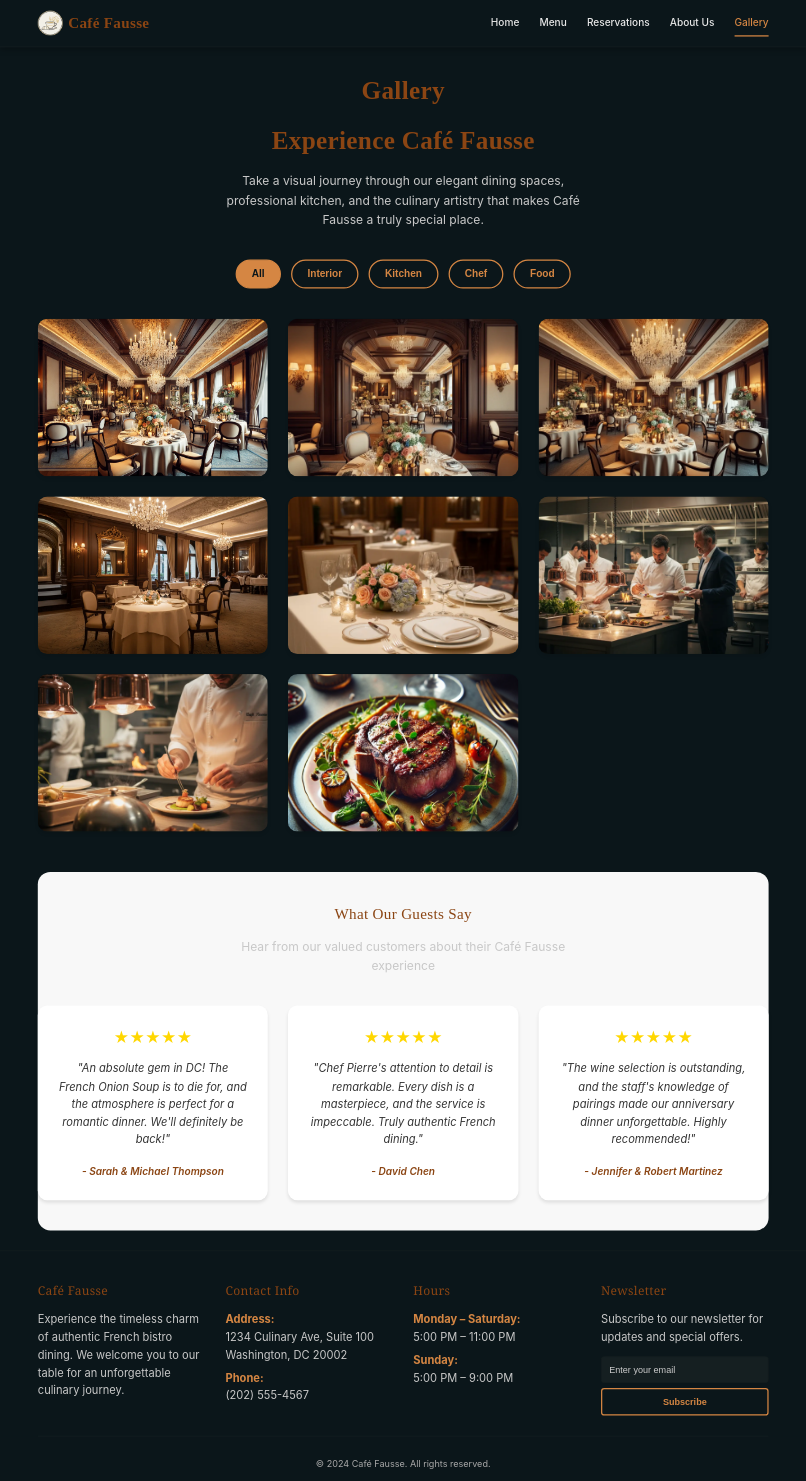
Repository: MatVanDenArt/MSSE-Cafe-Fausse
Page: /gallery (app in frontend/)
The author's editor kept a copy of each file at every save. The page is drawn from the files as they stood at one save, then again after the next save.
The browser window is 1280 px wide. The pictures show the whole page, at 63% of full size.
The project was rebuilt for these pictures with package versions that can differ from the ones it lists, and the page was loaded fresh each time. Also part of the build but not shown: frontend/src/pages/Home.css, frontend/src/pages/Home.js, frontend/src/pages/Menu.css, frontend/src/pages/Menu.js, frontend/src/pages/Reservations.css, frontend/src/pages/Reservations.js, frontend/src/pages/About.css, frontend/src/pages/About.js.

Above is the page before, as saved 2025-10-26 15:31:23.

### frontend/src/App.js
import React from "react";
import { BrowserRouter as Router, Routes, Route } from "react-router-dom";
import "./App.css";

// Import components
import Header from "./components/Header";
import Footer from "./components/Footer";
import Home from "./pages/Home";
import Menu from "./pages/Menu";
import Reservations from "./pages/Reservations";
import About from "./pages/About";
import Gallery from "./pages/Gallery";

function App() {
  return (
    <Router>
      <div className="App">
        <Header />
        <main className="main-content">
          <Routes>
            <Route path="/" element={<Home />} />
            <Route path="/menu" element={<Menu />} />
            <Route path="/reservations" element={<Reservations />} />
            <Route path="/about" element={<About />} />
            <Route path="/gallery" element={<Gallery />} />
          </Routes>
        </main>
        <Footer />
      </div>
    </Router>
  );
}

export default App;

### frontend/src/App.css
/* Global Styles */
* {
  margin: 0;
  padding: 0;
  box-sizing: border-box;
}

@import url("https://fonts.googleapis.com/css2?family=Dancing+Script:wght@400;500;600;700&family=Cormorant+Garamond:ital,wght@0,300;0,400;0,500;0,600;0,700;1,300;1,400;1,500;1,600&family=Inter:wght@300;400;500;600&family=Source+Sans+Pro:ital,wght@0,300;0,400;0,600;1,300;1,400&display=swap");

body {
  font-family: "Inter", "Source Sans Pro", "Helvetica Neue", "Arial", sans-serif;
  line-height: 1.6;
  color: #e8e8e8;
  background-color: #0b161a;
  font-weight: 400;
}

.App {
  min-height: 100vh;
  display: flex;
  flex-direction: column;
}

.main-content {
  flex: 1;
  padding-top: 80px; /* Account for fixed header */
}

/* Typography */
h1,
h2,
h3,
h4,
h5,
h6 {
  font-family: "Cormorant Garamond", "EB Garamond", "Georgia", "Times New Roman",
    serif;
  font-weight: 500;
  margin-bottom: 1rem;
  letter-spacing: 0.5px;
}

h1 {
  font-size: 2.5rem;
  color: #8b4513;
  font-family: "Dancing Script", "Cormorant Garamond", serif;
  font-weight: 600;
}

h2 {
  font-size: 2rem;
  color: #8b4513;
  font-family: "Dancing Script", "Cormorant Garamond", serif;
  font-weight: 600;
}

h3 {
  font-size: 1.5rem;
  color: #8b4513;
  font-family: "Dancing Script", "Cormorant Garamond", serif;
  font-weight: 500;
}

p {
  margin-bottom: 1rem;
  font-size: 1.1rem;
  font-family: "Inter", "Source Sans Pro", "Helvetica Neue", "Arial", sans-serif;
}

/* Container */
.container {
  max-width: 1200px;
  margin: 0 auto;
  padding: 0 20px;
}

/* Grid System */
.grid {
  display: grid;
  gap: 2rem;
}

.grid-2 {
  grid-template-columns: repeat(auto-fit, minmax(300px, 1fr));
}

.grid-3 {
  grid-template-columns: repeat(auto-fit, minmax(250px, 1fr));
}

.grid-4 {
  grid-template-columns: repeat(auto-fit, minmax(200px, 1fr));
}

/* Flexbox Utilities */
.flex {
  display: flex;
}

.flex-center {
  display: flex;
  justify-content: center;
  align-items: center;
}

.flex-between {
  display: flex;
  justify-content: space-between;
  align-items: center;
}

.flex-column {
  display: flex;
  flex-direction: column;
}

/* Buttons */
.btn {
  display: inline-block;
  padding: 12px 24px;
  background-color: #d58643;
  color: #0b161a;
  text-decoration: none;
  border: none;
  border-radius: 5px;
  font-size: 1rem;
  font-weight: 600;
  cursor: pointer;
  transition: all 0.3s ease;
  text-align: center;
}

.btn:hover {
  background-color: #c0763a;
  transform: translateY(-2px);
  box-shadow: 0 4px 12px rgba(213, 134, 67, 0.4);
}

.btn-secondary {
  background-color: transparent;
  color: #d58643;
  border: 2px solid #d58643;
}

.btn-secondary:hover {
  background-color: #d58643;
  color: #0b161a;
}

.btn-large {
  padding: 16px 32px;
  font-size: 1.1rem;
}

/* Forms */
.form-group {
  margin-bottom: 1.5rem;
}

.form-label {
  display: block;
  margin-bottom: 0.5rem;
  font-weight: 600;
  color: #d58643;
}

.form-input,
.form-select,
.form-textarea {
  width: 100%;
  padding: 12px;
  border: 2px solid #151f21;
  border-radius: 5px;
  font-size: 1rem;
  transition: border-color 0.3s ease;
  background-color: #151f21;
  color: #e8e8e8;
}

.form-input:focus,
.form-select:focus,
.form-textarea:focus {
  outline: none;
  border-color: #d58643;
  box-shadow: 0 0 0 3px rgba(213, 134, 67, 0.1);
}

.form-textarea {
  resize: vertical;
  min-height: 100px;
}

/* Cards */
.card {
  background: #151f21;
  border-radius: 10px;
  box-shadow: 0 4px 6px rgba(0, 0, 0, 0.3);
  overflow: hidden;
  transition: transform 0.3s ease;
  border: 1px solid #1f2a2d;
}

.card:hover {
  transform: translateY(-5px);
}

.card-body {
  padding: 1.5rem;
}

.card-title {
  font-size: 1.25rem;
  margin-bottom: 0.5rem;
  color: #8b4513;
  font-family: "Dancing Script", "Cormorant Garamond", serif;
  font-weight: 500;
}

.card-text {
  color: #c8c8c8;
  margin-bottom: 1rem;
}

/* Images */
.img-responsive {
  width: 100%;
  height: auto;
  display: block;
}

.img-rounded {
  border-radius: 10px;
}

/* Sections */
.section {
  padding: 4rem 0;
}

.section-dark {
  background-color: #0b161a;
  color: white;
}

.section-light {
  background-color: #151f21;
}

.section-title {
  text-align: center;
  margin-bottom: 3rem;
}

.section-title h2 {
  font-size: 2.5rem;
  margin-bottom: 1rem;
}

.section-title p {
  font-size: 1.2rem;
  color: #c8c8c8;
  max-width: 600px;
  margin: 0 auto;
}

/* Hero Section - Moved to Home.css */

.hero-content h1 {
  font-size: 3.5rem;
  margin-bottom: 1rem;
  color: white;
}

.hero-content p {
  font-size: 1.3rem;
  margin-bottom: 2rem;
  max-width: 600px;
}

.hero-buttons {
  display: flex;
  gap: 1rem;
  justify-content: center;
  flex-wrap: wrap;
}

/* Navigation */
.nav {
  background-color: white;
  box-shadow: 0 2px 10px rgba(0, 0, 0, 0.1);
  position: fixed;
  top: 0;
  left: 0;
  right: 0;
  z-index: 1000;
}

.nav-container {
  display: flex;
  justify-content: space-between;
  align-items: center;
  padding: 1rem 0;
}

.nav-logo {
  font-size: 1.5rem;
  font-weight: bold;
  color: #8b4513;
  text-decoration: none;
}

.nav-menu {
  display: flex;
  list-style: none;
  gap: 2rem;
}

.nav-link {
  color: #333;
  text-decoration: none;
  font-weight: 500;
  transition: color 0.3s ease;
}

.nav-link:hover {
  color: #8b4513;
}

/* Footer */
.footer {
  background-color: #333;
  color: white;
  padding: 3rem 0 1rem;
}

.footer-content {
  display: grid;
  grid-template-columns: repeat(auto-fit, minmax(250px, 1fr));
  gap: 2rem;
  margin-bottom: 2rem;
}

.footer-section h3 {
  color: #8b4513;
  margin-bottom: 1rem;
}

.footer-bottom {
  text-align: center;
  padding-top: 2rem;
  border-top: 1px solid #555;
  color: #ccc;
}

/* Responsive Design */
@media (max-width: 768px) {
  .container {
    padding: 0 15px;
  }

  .hero-content h1 {
    font-size: 2.5rem;
  }

  .hero-content p {
    font-size: 1.1rem;
  }

  .hero-buttons {
    flex-direction: column;
    align-items: center;
  }

  .nav-menu {
    flex-direction: column;
    gap: 1rem;
  }

  .grid-2,
  .grid-3,
  .grid-4 {
    grid-template-columns: 1fr;
  }

  h1 {
    font-size: 2rem;
  }

  h2 {
    font-size: 1.5rem;
  }
}

@media (max-width: 480px) {
  .hero-content h1 {
    font-size: 2rem;
  }

  .section {
    padding: 2rem 0;
  }

  .btn {
    padding: 10px 20px;
    font-size: 0.9rem;
  }
}

/* Utility Classes */
.text-center {
  text-align: center;
}

.text-left {
  text-align: left;
}

.text-right {
  text-align: right;
}

.mb-1 {
  margin-bottom: 0.5rem;
}
.mb-2 {
  margin-bottom: 1rem;
}
.mb-3 {
  margin-bottom: 1.5rem;
}
.mb-4 {
  margin-bottom: 2rem;
}

.mt-1 {
  margin-top: 0.5rem;
}
.mt-2 {
  margin-top: 1rem;
}
.mt-3 {
  margin-top: 1.5rem;
}
.mt-4 {
  margin-top: 2rem;
}

.p-1 {
  padding: 0.5rem;
}
.p-2 {
  padding: 1rem;
}
.p-3 {
  padding: 1.5rem;
}
.p-4 {
  padding: 2rem;
}

.hidden {
  display: none;
}

.visible {
  display: block;
}

### frontend/src/components/Header.js
import React, { useState } from "react";
import { Link, useLocation } from "react-router-dom";
import "./Header.css";

const Header = () => {
  const [isMenuOpen, setIsMenuOpen] = useState(false);
  const location = useLocation();

  const toggleMenu = () => {
    setIsMenuOpen(!isMenuOpen);
  };

  const closeMenu = () => {
    setIsMenuOpen(false);
  };

  const isActive = (path) => {
    return location.pathname === path ? "active" : "";
  };

  return (
    <nav className="nav">
      <div className="container">
        <div className="nav-container">
          <Link to="/" className="nav-logo" onClick={closeMenu}>
            <img
              src="/images/Logo - Cafe Fausse.png"
              alt="Café Fausse Logo"
              className="nav-logo-img"
            />
            <span className="nav-logo-text">Café Fausse</span>
          </Link>

          <div className={`nav-menu ${isMenuOpen ? "nav-menu-open" : ""}`}>
            <Link
              to="/"
              className={`nav-link ${isActive("/")}`}
              onClick={closeMenu}
            >
              Home
            </Link>
            <Link
              to="/menu"
              className={`nav-link ${isActive("/menu")}`}
              onClick={closeMenu}
            >
              Menu
            </Link>
            <Link
              to="/reservations"
              className={`nav-link ${isActive("/reservations")}`}
              onClick={closeMenu}
            >
              Reservations
            </Link>
            <Link
              to="/about"
              className={`nav-link ${isActive("/about")}`}
              onClick={closeMenu}
            >
              About Us
            </Link>
            <Link
              to="/gallery"
              className={`nav-link ${isActive("/gallery")}`}
              onClick={closeMenu}
            >
              Gallery
            </Link>
          </div>

          <button
            className="nav-toggle"
            onClick={toggleMenu}
            aria-label="Toggle navigation menu"
          >
            <span className="nav-toggle-line"></span>
            <span className="nav-toggle-line"></span>
            <span className="nav-toggle-line"></span>
          </button>
        </div>
      </div>
    </nav>
  );
};

export default Header;

### frontend/src/components/Footer.js
import React, { useState } from "react";
import "./Footer.css";

const Footer = () => {
  const [email, setEmail] = useState("");
  const [isSubscribed, setIsSubscribed] = useState(false);
  const [isLoading, setIsLoading] = useState(false);

  const handleNewsletterSubmit = async (e) => {
    e.preventDefault();
    if (!email) return;

    setIsLoading(true);
    try {
      const response = await fetch("http://localhost:5000/api/newsletter", {
        method: "POST",
        headers: {
          "Content-Type": "application/json",
        },
        body: JSON.stringify({ email }),
      });

      if (response.ok) {
        setIsSubscribed(true);
        setEmail("");
      } else {
        const error = await response.json();
        console.error("Newsletter signup error:", error);
      }
    } catch (error) {
      console.error("Newsletter signup error:", error);
    } finally {
      setIsLoading(false);
    }
  };

  return (
    <footer className="footer">
      <div className="container">
        <div className="footer-content">
          <div className="footer-section">
            <h3>Café Fausse</h3>
            <p>
              Experience the timeless charm of authentic French bistro dining.
              We welcome you to our table for an unforgettable culinary journey.
            </p>
          </div>

          <div className="footer-section">
            <h3>Contact Info</h3>
            <p>
              <strong>Address:</strong><br />
              1234 Culinary Ave, Suite 100<br />
              Washington, DC 20002
            </p>
            <p>
              <strong>Phone:</strong><br />
              (202) 555-4567
            </p>
          </div>

          <div className="footer-section">
            <h3>Hours</h3>
            <p>
              <strong>Monday – Saturday:</strong><br />
              5:00 PM – 11:00 PM
            </p>
            <p>
              <strong>Sunday:</strong><br />
              5:00 PM – 9:00 PM
            </p>
          </div>

          <div className="footer-section">
            <h3>Newsletter</h3>
            <p>Subscribe to our newsletter for updates and special offers.</p>
            {isSubscribed ? (
              <div className="newsletter-success">
                <p>Thank you for subscribing!</p>
              </div>
            ) : (
              <form onSubmit={handleNewsletterSubmit} className="newsletter-form">
                <input
                  type="email"
                  placeholder="Enter your email"
                  value={email}
                  onChange={(e) => setEmail(e.target.value)}
                  required
                  className="newsletter-input"
                />
                <button
                  type="submit"
                  disabled={isLoading}
                  className="btn btn-secondary newsletter-btn"
                >
                  {isLoading ? "Subscribing..." : "Subscribe"}
                </button>
              </form>
            )}
          </div>
        </div>

        <div className="footer-bottom">
          <p>&copy; 2024 Café Fausse. All rights reserved.</p>
        </div>
      </div>
    </footer>
  );
};

export default Footer;

### frontend/src/components/Header.css
.nav {
  background-color: #0b161a;
  box-shadow: 0 2px 10px rgba(0, 0, 0, 0.3);
  position: fixed;
  top: 0;
  left: 0;
  right: 0;
  z-index: 1000;
  border-bottom: 1px solid #151f21;
}

.nav-container {
  display: flex;
  justify-content: space-between;
  align-items: center;
  padding: 1rem 0;
}

.nav-logo {
  display: flex;
  align-items: center;
  gap: 0.5rem;
  text-decoration: none;
  font-family: "Cormorant Garamond", "EB Garamond", "Georgia", "Times New Roman",
    serif;
  font-weight: 500;
  letter-spacing: 0.5px;
}

.nav-logo-img {
  height: 40px;
  width: auto;
}

.nav-logo-text {
  font-size: 1.5rem;
  font-weight: bold;
  color: #8b4513;
  font-family: "Dancing Script", "Cormorant Garamond", serif;
}

.nav-logo:hover .nav-logo-text {
  color: #d58643;
}

.nav-menu {
  display: flex;
  list-style: none;
  gap: 2rem;
  margin: 0;
  padding: 0;
}

.nav-link {
  color: #e8e8e8;
  text-decoration: none;
  font-weight: 500;
  transition: color 0.3s ease;
  padding: 0.5rem 0;
  position: relative;
}

.nav-link:hover,
.nav-link.active {
  color: #d58643;
}

.nav-link.active::after {
  content: "";
  position: absolute;
  bottom: 0;
  left: 0;
  right: 0;
  height: 2px;
  background-color: #d58643;
}

.nav-toggle {
  display: none;
  flex-direction: column;
  background: none;
  border: none;
  cursor: pointer;
  padding: 0.5rem;
}

.nav-toggle-line {
  width: 25px;
  height: 3px;
  background-color: #d58643;
  margin: 3px 0;
  transition: 0.3s;
}

/* Mobile Navigation */
@media (max-width: 768px) {
  .nav-toggle {
    display: flex;
  }

  .nav-menu {
    position: fixed;
    top: 100%;
    left: 0;
    right: 0;
    background-color: white;
    flex-direction: column;
    padding: 2rem;
    box-shadow: 0 2px 10px rgba(0, 0, 0, 0.1);
    transform: translateY(-100%);
    opacity: 0;
    visibility: hidden;
    transition: all 0.3s ease;
  }

  .nav-menu-open {
    transform: translateY(0);
    opacity: 1;
    visibility: visible;
  }

  .nav-link {
    padding: 1rem 0;
    border-bottom: 1px solid #eee;
    text-align: center;
  }

  .nav-link:last-child {
    border-bottom: none;
  }

  .nav-toggle-line:nth-child(1) {
    transform: rotate(45deg) translate(5px, 5px);
  }

  .nav-toggle-line:nth-child(2) {
    opacity: 0;
  }

  .nav-toggle-line:nth-child(3) {
    transform: rotate(-45deg) translate(7px, -6px);
  }
}

### frontend/src/components/Footer.css
.footer {
  background-color: #0b161a;
  color: #e8e8e8;
  padding: 3rem 0 1rem;
  margin-top: auto;
  border-top: 1px solid #151f21;
}

.footer-content {
  display: grid;
  grid-template-columns: repeat(auto-fit, minmax(250px, 1fr));
  gap: 2rem;
  margin-bottom: 2rem;
}

.footer-section h3 {
  color: #8b4513;
  margin-bottom: 1rem;
  font-size: 1.2rem;
  font-family: "Dancing Script", "Cormorant Garamond", "EB Garamond", "Georgia", "Times New Roman",
    serif;
  font-weight: 500;
  letter-spacing: 0.5px;
}

.footer-section p {
  margin-bottom: 0.5rem;
  line-height: 1.6;
  color: #c8c8c8;
}

.footer-section strong {
  color: #d58643;
}

.newsletter-form {
  display: flex;
  flex-direction: column;
  gap: 0.5rem;
  margin-top: 1rem;
}

.newsletter-input {
  padding: 0.75rem;
  border: 1px solid #151f21;
  border-radius: 5px;
  background-color: #151f21;
  color: #e8e8e8;
  font-size: 0.9rem;
}

.newsletter-input::placeholder {
  color: #ccc;
}

.newsletter-input:focus {
  outline: none;
  border-color: #d58643;
}

.newsletter-btn {
  padding: 0.75rem;
  font-size: 0.9rem;
  border: 2px solid #d58643;
  background-color: transparent;
  color: #d58643;
}

.newsletter-btn:hover {
  background-color: #d58643;
  color: #0b161a;
}

.newsletter-btn:disabled {
  opacity: 0.6;
  cursor: not-allowed;
}

.newsletter-success {
  background-color: #4caf50;
  padding: 1rem;
  border-radius: 5px;
  text-align: center;
  margin-top: 1rem;
}

.newsletter-success p {
  margin: 0;
  color: white;
  font-weight: 600;
}

.footer-bottom {
  text-align: center;
  padding-top: 2rem;
  border-top: 1px solid #151f21;
  color: #a8a8a8;
}

.footer-bottom p {
  margin: 0;
  font-size: 0.9rem;
}

@media (max-width: 768px) {
  .footer {
    padding: 2rem 0 1rem;
  }

  .footer-content {
    grid-template-columns: 1fr;
    gap: 1.5rem;
  }

  .newsletter-form {
    flex-direction: column;
  }
}

### frontend/src/pages/Gallery.css
.gallery {
  padding: 2rem 0;
}

.gallery-filters {
  display: flex;
  justify-content: center;
  gap: 1rem;
  margin-bottom: 3rem;
  flex-wrap: wrap;
}

.filter-btn {
  padding: 0.75rem 1.5rem;
  border: 2px solid #d58643;
  background-color: transparent;
  color: #d58643;
  border-radius: 25px;
  cursor: pointer;
  font-weight: 600;
  transition: all 0.3s ease;
  font-size: 1rem;
}

.filter-btn:hover,
.filter-btn.active {
  background-color: #d58643;
  color: #0b161a;
}

.gallery-grid {
  display: grid;
  grid-template-columns: repeat(auto-fit, minmax(300px, 1fr));
  gap: 2rem;
  margin-bottom: 4rem;
}

.gallery-item {
  position: relative;
  border-radius: 15px;
  overflow: hidden;
  cursor: pointer;
  transition: transform 0.3s ease;
  box-shadow: 0 4px 6px rgba(0, 0, 0, 0.1);
}

.gallery-item:hover {
  transform: translateY(-5px);
}

.gallery-image {
  width: 100%;
  height: 250px;
  object-fit: cover;
  display: block;
  transition: transform 0.3s ease;
}

.gallery-item:hover .gallery-image {
  transform: scale(1.05);
}

.gallery-overlay {
  position: absolute;
  bottom: 0;
  left: 0;
  right: 0;
  background: linear-gradient(transparent, rgba(0, 0, 0, 0.8));
  color: white;
  padding: 2rem 1.5rem 1.5rem;
  transform: translateY(100%);
  transition: transform 0.3s ease;
}

.gallery-item:hover .gallery-overlay {
  transform: translateY(0);
}

.gallery-overlay h3 {
  margin: 0 0 0.5rem 0;
  font-size: 1.2rem;
  color: white;
  font-family: "Dancing Script", "Cormorant Garamond", serif;
  font-weight: 500;
}

.gallery-overlay p {
  margin: 0;
  font-size: 0.9rem;
  opacity: 0.9;
}

.reviews-section {
  background: #f8f8f8;
  padding: 3rem 0;
  border-radius: 20px;
  margin-top: 2rem;
}

.reviews-grid {
  display: grid;
  grid-template-columns: repeat(auto-fit, minmax(300px, 1fr));
  gap: 2rem;
  margin-top: 2rem;
}

.review-card {
  background: white;
  padding: 2rem;
  border-radius: 15px;
  box-shadow: 0 4px 6px rgba(0, 0, 0, 0.1);
  text-align: center;
  transition: transform 0.3s ease;
}

.review-card:hover {
  transform: translateY(-5px);
}

.review-stars {
  color: #ffd700;
  font-size: 1.5rem;
  margin-bottom: 1rem;
}

.review-card blockquote {
  font-size: 1.1rem;
  font-style: italic;
  line-height: 1.6;
  margin-bottom: 1.5rem;
  color: #333;
}

.review-card cite {
  color: #8b4513;
  font-weight: 600;
  font-size: 1rem;
}

/* Lightbox Styles */
.lightbox {
  position: fixed;
  top: 0;
  left: 0;
  width: 100%;
  height: 100%;
  background-color: rgba(0, 0, 0, 0.9);
  display: flex;
  justify-content: center;
  align-items: center;
  z-index: 2000;
  cursor: pointer;
}

.lightbox-content {
  position: relative;
  max-width: 90%;
  max-height: 90%;
  display: flex;
  align-items: center;
  justify-content: center;
  cursor: default;
}

.lightbox-image {
  max-width: 100%;
  max-height: 100%;
  object-fit: contain;
  border-radius: 10px;
}

.lightbox-close {
  position: absolute;
  top: -50px;
  right: 0;
  background: none;
  border: none;
  color: white;
  font-size: 2rem;
  cursor: pointer;
  padding: 0.5rem;
  z-index: 2001;
}

.lightbox-nav {
  position: absolute;
  top: 50%;
  transform: translateY(-50%);
  background: rgba(255, 255, 255, 0.2);
  border: none;
  color: white;
  font-size: 2rem;
  cursor: pointer;
  padding: 1rem;
  border-radius: 50%;
  transition: background-color 0.3s ease;
  z-index: 2001;
}

.lightbox-nav:hover {
  background: rgba(255, 255, 255, 0.3);
}

.lightbox-prev {
  left: -60px;
}

.lightbox-next {
  right: -60px;
}

.lightbox-caption {
  position: absolute;
  bottom: -50px;
  left: 50%;
  transform: translateX(-50%);
  color: white;
  text-align: center;
}

.lightbox-caption h3 {
  margin: 0;
  font-size: 1.2rem;
  color: white;
}

@media (max-width: 768px) {
  .gallery {
    padding: 1rem 0;
  }

  .gallery-filters {
    gap: 0.5rem;
    margin-bottom: 2rem;
  }

  .filter-btn {
    padding: 0.5rem 1rem;
    font-size: 0.9rem;
  }

  .gallery-grid {
    grid-template-columns: repeat(auto-fit, minmax(250px, 1fr));
    gap: 1.5rem;
    margin-bottom: 3rem;
  }

  .gallery-image {
    height: 200px;
  }

  .gallery-overlay {
    padding: 1.5rem 1rem 1rem;
  }

  .gallery-overlay h3 {
    font-size: 1.1rem;
  }

  .reviews-section {
    padding: 2rem 0;
  }

  .reviews-grid {
    grid-template-columns: 1fr;
    gap: 1.5rem;
  }

  .review-card {
    padding: 1.5rem;
  }

  .review-card blockquote {
    font-size: 1rem;
  }

  .lightbox-nav {
    font-size: 1.5rem;
    padding: 0.75rem;
  }

  .lightbox-prev {
    left: -40px;
  }

  .lightbox-next {
    right: -40px;
  }

  .lightbox-close {
    top: -40px;
    font-size: 1.5rem;
  }
}

@media (max-width: 480px) {
  .gallery-grid {
    grid-template-columns: 1fr;
    gap: 1rem;
  }

  .gallery-image {
    height: 180px;
  }

  .gallery-overlay {
    padding: 1rem;
  }

  .gallery-overlay h3 {
    font-size: 1rem;
  }

  .gallery-overlay p {
    font-size: 0.8rem;
  }

  .review-card {
    padding: 1rem;
  }

  .review-card blockquote {
    font-size: 0.9rem;
  }

  .lightbox-nav {
    font-size: 1.2rem;
    padding: 0.5rem;
  }

  .lightbox-prev {
    left: -30px;
  }

  .lightbox-next {
    right: -30px;
  }
}

Loaded but not shown: frontend/public/index.html (common file); frontend/src/index.js (common file); frontend/src/index.css (common file); frontend/src/reportWebVitals.js (common file); frontend/src/pages/Gallery.js (227 lines, source omitted)

After the next save:
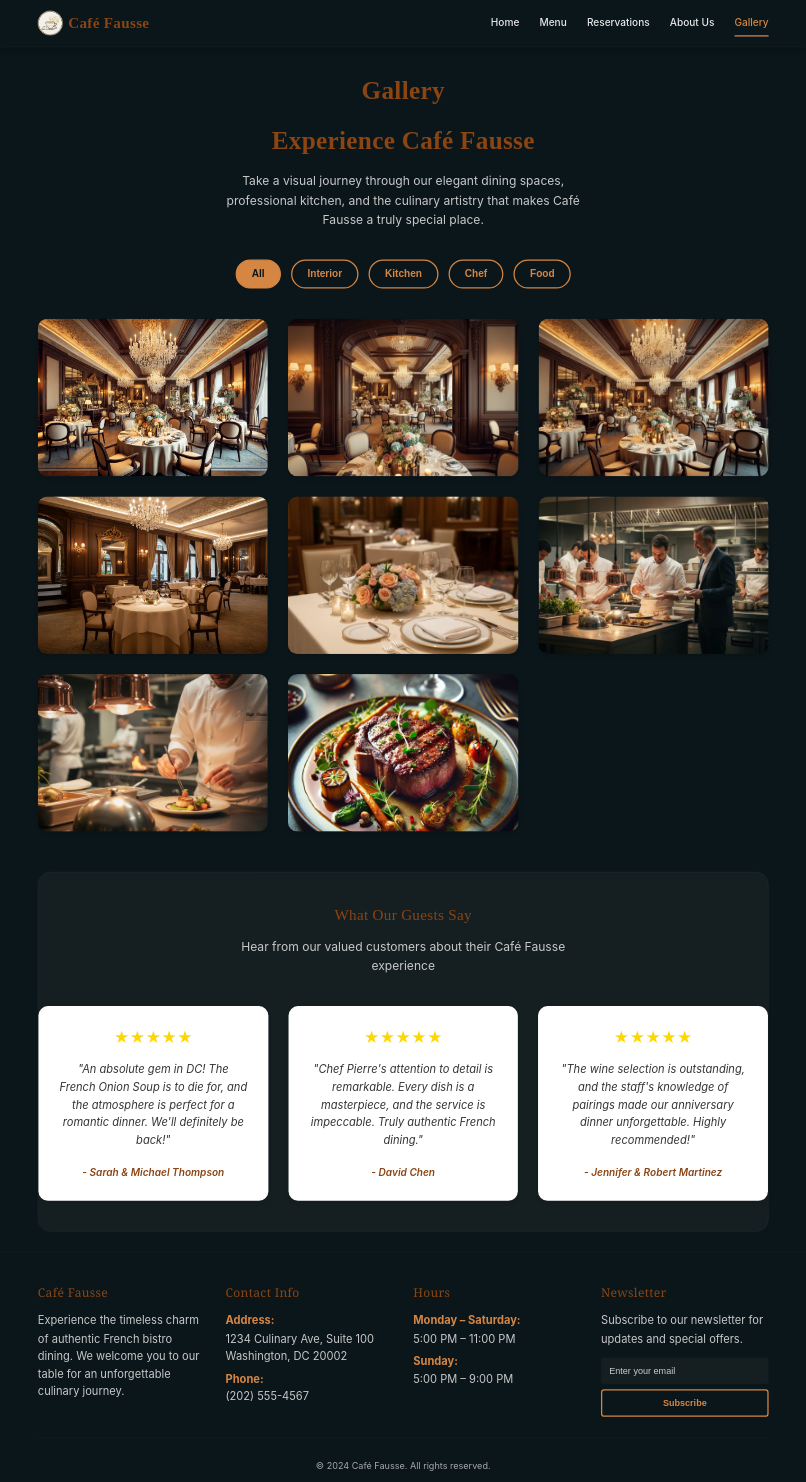
Saved 5 s later.
--- a/frontend/src/pages/Gallery.css
+++ b/frontend/src/pages/Gallery.css
@@ -91,10 +91,11 @@
 }
 
 .reviews-section {
-  background: #f8f8f8;
+  background: #151f21;
   padding: 3rem 0;
   border-radius: 20px;
   margin-top: 2rem;
+  border: 1px solid #1f2a2d;
 }
 
 .reviews-grid {
